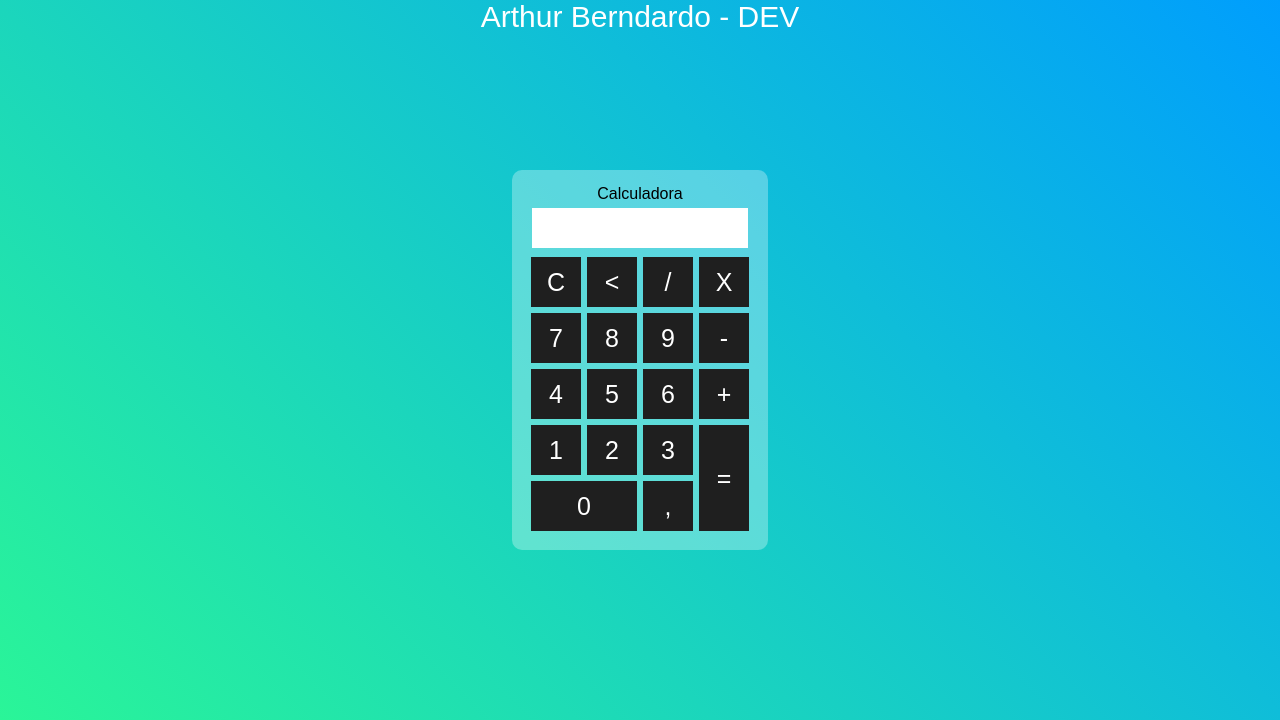
Repository: oThurDev/calculadora
Page: calculadora.html
An editor plug-in stored every save of this project. The page is shown before and after the next save, followed by the edit.
The browser window is 1280 px wide. The pictures show the whole page.

Above is the page before, as saved 2022-03-02 20:06:26.

### calculadora.html
<!DOCTYPE html>
<html lang="en">
<head>
    <meta charset="UTF-8">
    <meta name="viewport" content="width=device-width, initial-scale=1.0">
    <link rel="stylesheet" href="style_calculadora.css">
    <script src="./functions-calculator.js"></script>

    <title>Calculadora - Arthur Berndardo</title>
</head>
<body>
    <div class="fundo">
        <span class="title">Arthur Berndardo - DEV</span>
        <div class="calculadora">
            <span>Calculadora</span>
            <p id="resultado"></p>
            <table>
                <tr>
                    <td><button class="botao" onclick="clean()">C</button></td>
                    <td><button class="botao" onclick="back()"><</button></td>
                    <td><button class="botao" onclick="insert('/')">/</button></td>
                    <td><button class="botao" onclick="insert('x')">X</button></td>
                </tr>
                <tr>
                    <td><button class="botao" onclick="insert('7')">7</button></td>
                    <td><button class="botao" onclick="insert('8')">8</button></td>
                    <td><button class="botao" onclick="insert('9')">9</button></td>
                    <td><button class="botao" onclick="insert('-')">-</button></td>
                </tr>
                <tr>
                    <td><button class="botao" onclick="insert('4')">4</button></td>
                    <td><button class="botao" onclick="insert('5')">5</button></td>
                    <td><button class="botao" onclick="insert('6')">6</button></td>
                    <td><button class="botao" onclick="insert('+')">+</button></td>
                </tr>
                <tr>
                    <td><button class="botao" onclick="insert('1')">1</button></td>
                    <td><button class="botao" onclick="insert('2')">2</button></td>
                    <td><button class="botao" onclick="insert('3')">3</button></td>
                    <td rowspan="2"><button class="botao" style="height: 106px;" onclick="calcular()">=</button></td>
                </tr>
                <tr>
                    <td colspan="2"><button class="botao" style="width: 106px;" onclick="insert('0')">0</button></td>
                    <td><button class="botao" onclick="insert(',')">,</button></td>
                </tr>
            </table>
        </div>
    </div>
</body>
</html>

### style_calculadora.css
*{
    margin: 0;
    padding: 0;
}

.fundo{
    background-image: linear-gradient(45deg, #2af598, #009efd);
    height: 100vh;
    color: black;
    font-family: Arial, Helvetica, sans-serif;
    text-align: center;
}

.title{
    font-size: 30px;
    color: white;
}

.calculadora{
    position: absolute;
    background-color: rgba(255, 255, 255, 0.3);
    top: 50%;
    left: 50%;
    transform: translate(-50%, -50%);
    border-radius: 10px;
    padding: 15px;
}

.botao{
    width: 50px;
    height: 50px;
    font-size: 25px;
    cursor: pointer;
    background-color: rgb(31, 31, 31);
    border: none;
    color: white;
    margin: 2px;
}

.botao:hover{
    background-color: black;
}

#resultado{
    background-color: white;
    height: 30px;
    margin: 5px;
    font-size: 20px;
    text-align: right;
    padding: 5px;
}

### functions-calculator.js
function insert(num)
{
    var numero = document.getElementById('resultado').innerHTML;
    document.getElementById('resultado').innerHTML = numero + num;
}

function clean()
{
    document.getElementById('resultado').innerHTML = "";
}

function back()
{
    var resultado = document.getElementById('resultado').innerHTML;
    document.getElementById('resultado').innerHTML = resultado.substring(0, resultado.length -1)
}

function calcular()
{
    var resultado = document.getElementById('resultado').innerHTML;
    if(resultado)
    {
        document.getElementById('resultado').innerHTML = eval(resultado)
    }
    else
    {
        document.getElementById('resultado').innerHTML = 'nada para calcular'
    }
}

After the next save:
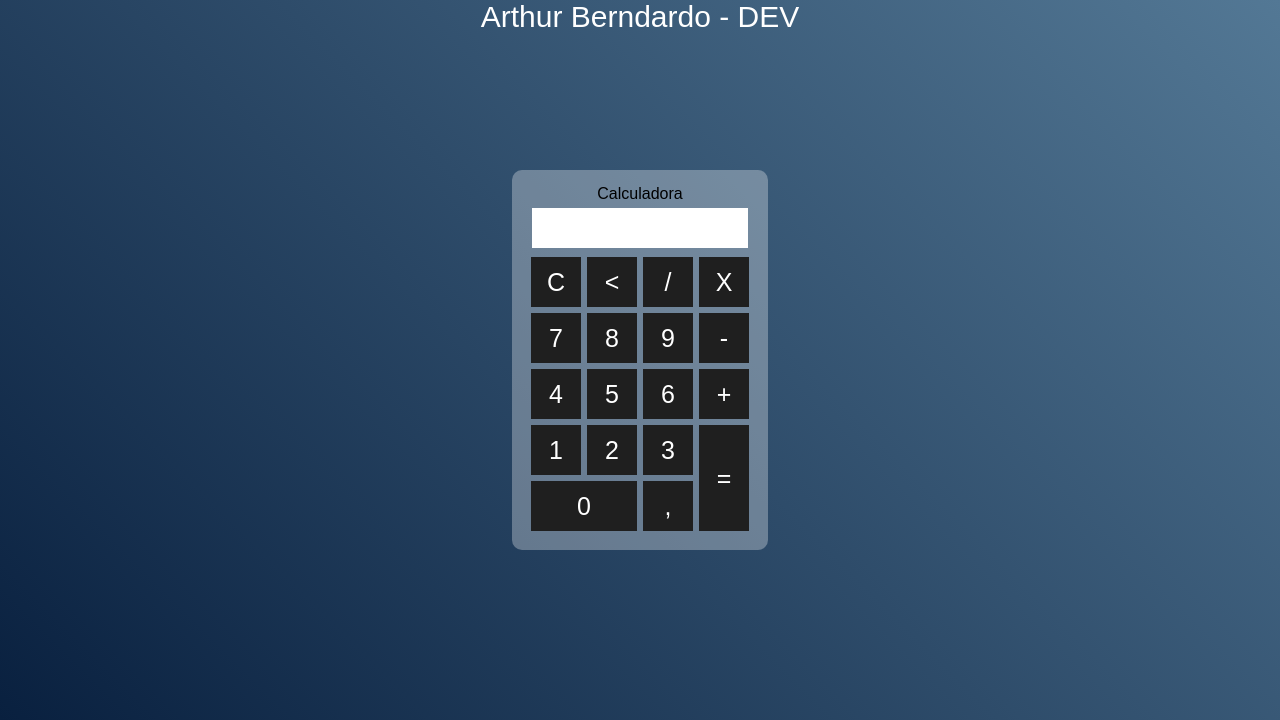
Saved 71 s later.
--- a/style_calculadora.css
+++ b/style_calculadora.css
@@ -4,7 +4,7 @@
 }
 
 .fundo{
-    background-image: linear-gradient(45deg, #2af598, #009efd);
+    background-image: linear-gradient(45deg, #09203f, #537895);
     height: 100vh;
     color: black;
     font-family: Arial, Helvetica, sans-serif;
